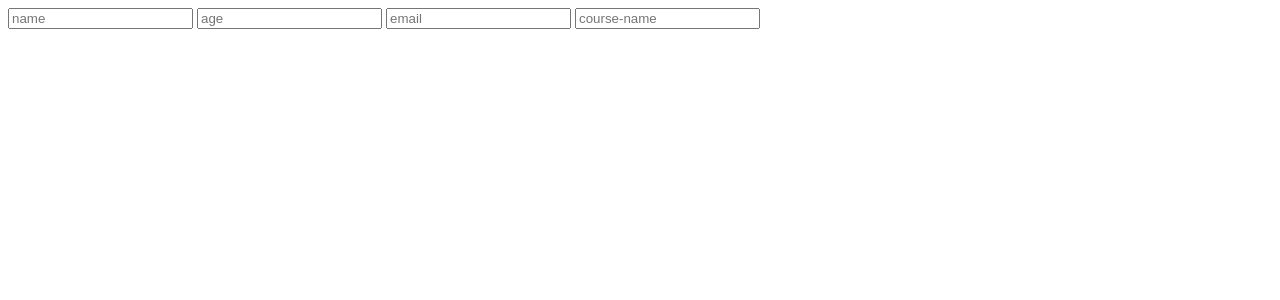
Repository: roneetkumar/java-enterprise
Page: http://localhost/College/
These files come from the project's save history. The page is drawn as it stood at one moment and after the next save; the edit follows.
The browser window is 1280 px wide. The pictures show the whole page.
The page is served by Tomcat 9. Other server files are loaded and not shown.

Above is the page before, as saved 2020-02-25 22:18:26.

### College/WebContent/index.jsp
<%@ page language="java" contentType="text/html; charset=ISO-8859-1"
    pageEncoding="ISO-8859-1"%>
<!DOCTYPE html>
<html>
<head>
<meta charset="ISO-8859-1">
<title>Insert title here</title>
</head>
<body>

	<form action="AddStudents">

		<input type="text" name="name" placeholder="name"/>
		<input type="text" name="age" placeholder="age"/>
		<input type="text" name="email" placeholder="email" />
		<input type="text" name="cname" placeholder="course-name"/>


	</form>

</body>
</html>

After the next save:
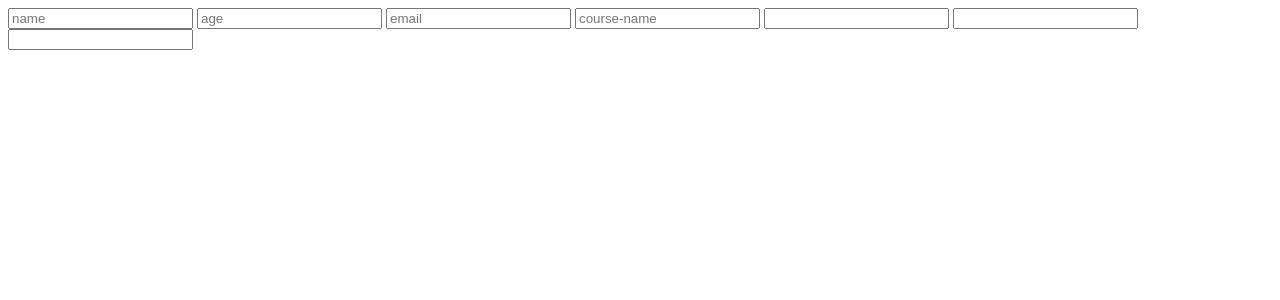
Saved 4 s later.
--- a/College/WebContent/index.jsp
+++ b/College/WebContent/index.jsp
@@ -14,6 +14,9 @@
 		<input type="text" name="age" placeholder="age"/>
 		<input type="text" name="email" placeholder="email" />
 		<input type="text" name="cname" placeholder="course-name"/>
+		<input type="text" name="name"/>
+		<input type="text" name="name"/>
+		<input type="text" name="name"/>
 
 
 	</form>
